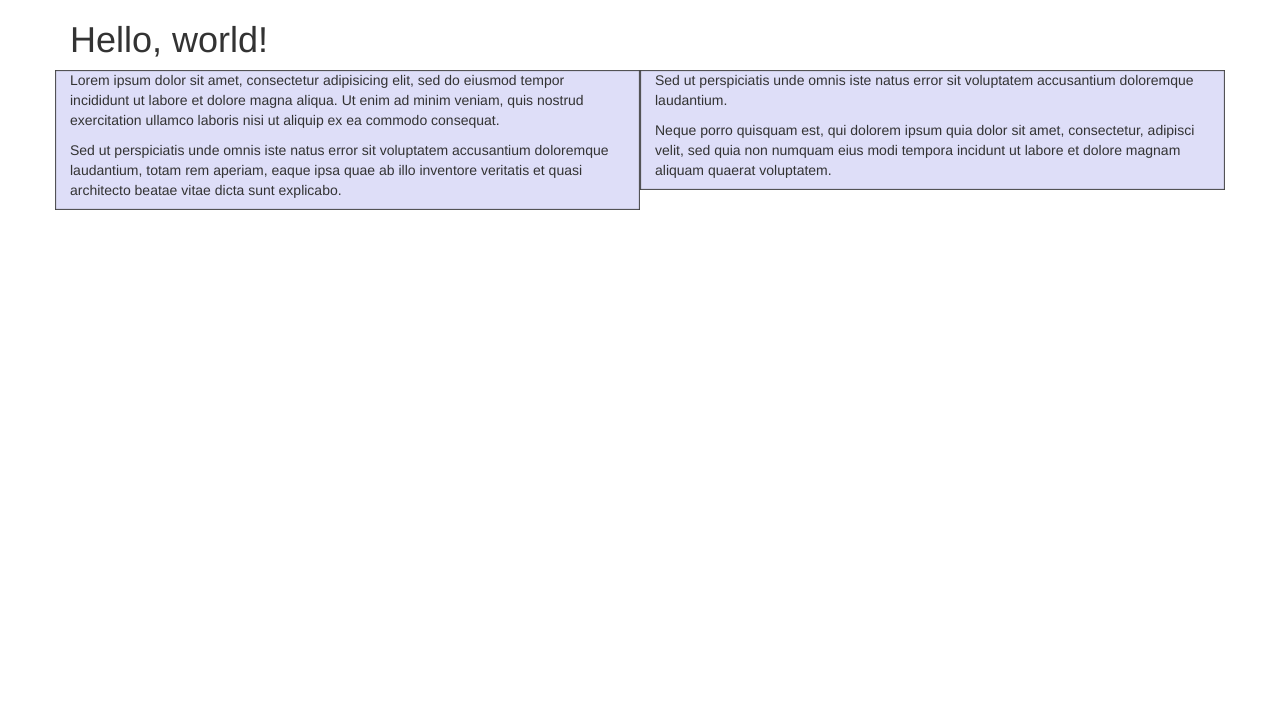
Repository: SnugHAN/eshop_real
Page: eshop_han/gg_shop/WebContent/test.html
An editor plug-in stored every save of this project. The page is shown before and after the next save, followed by the edit.
The browser window is 1280 px wide. The pictures show the whole page.

Above is the page before, as saved 2017-05-26 07:43:18.
Console error (its wording comes from the project's code and is left out).

After the next save:
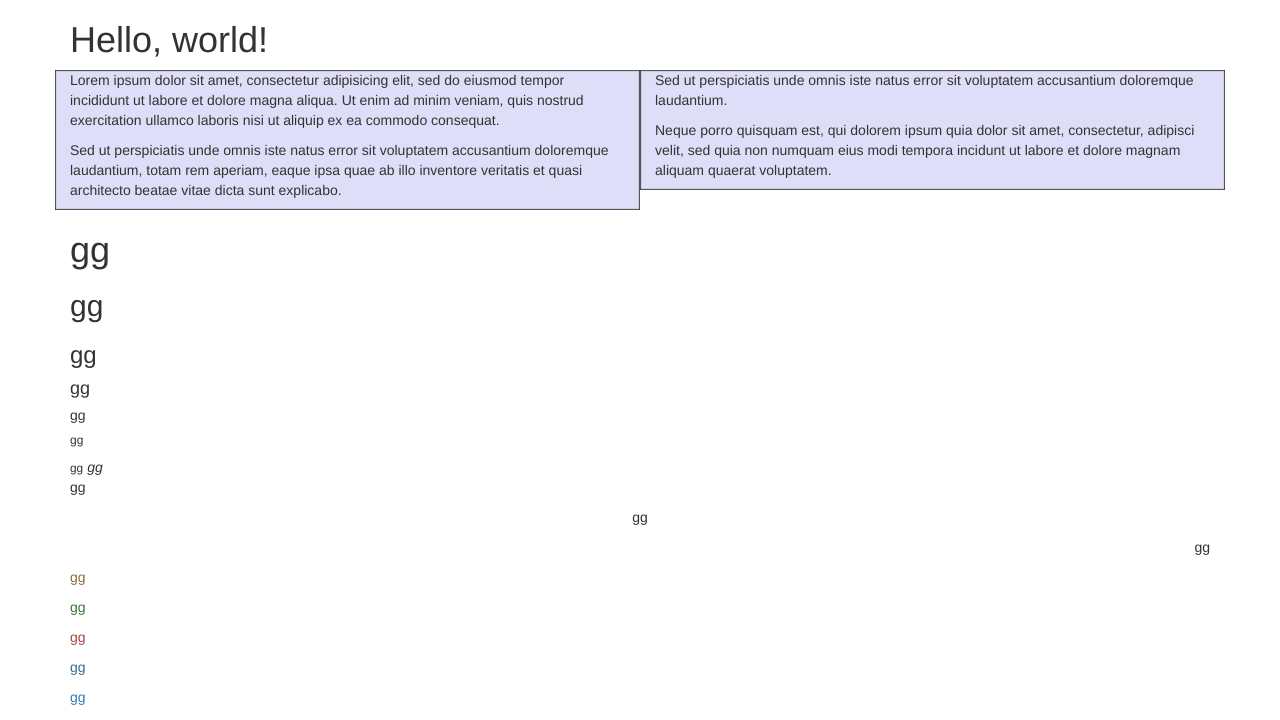
Saved 11 min 35 s later.
--- a/eshop_han/gg_shop/WebContent/test.html
+++ b/eshop_han/gg_shop/WebContent/test.html
@@ -46,6 +46,24 @@
             </p>
         </div>
     </div>
+    <div class="font">
+    <h1>gg</h1>
+    <h2>gg</h2>
+    <h3>gg</h3>
+    <h4>gg</h4>
+    <h5>gg</h5>
+    <h6>gg</h6>
+    <small>gg</small>
+    <em>gg</em>
+    <p class="text-left">gg</p>
+    <p class="text-center">gg</p>
+    <p class="text-right">gg</p>
+    <p class="text-warning">gg</p>
+    <p class="text-success">gg</p>
+    <p class="text-danger">gg</p>
+    <p class="text-info">gg</p>
+    <p class="text-primary">gg</p>
+    </div>
 </div>
 
 </body>
